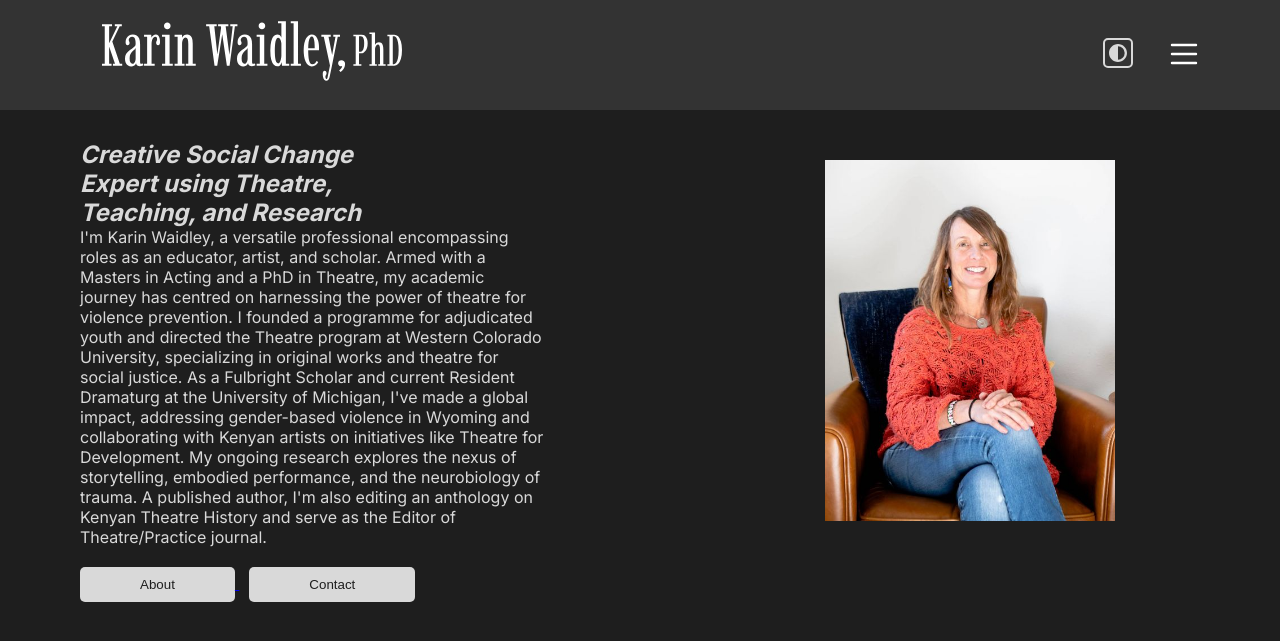
Repository: Ceasor7/Karin
Page: index.html
An editor plug-in stored every save of this project. The page is shown before and after the next save, followed by the edit.
The browser window is 1280 px wide. The pictures show the whole page.

Above is the page before, as saved 2023-12-15 20:58:27.

### index.html
<!DOCTYPE html>
<html lang="en">

<head>
    <meta charset="UTF-8">
    <meta name="viewport" content="width=device-width, initial-scale=1.0">
    <link rel="preconnect" href="https://fonts.googleapis.com">
    <link rel="preconnect" href="https://fonts.gstatic.com" crossorigin>
    <link href="https://fonts.googleapis.com/css2?family=Inter:wght@100;300;400;500;600;700;900&display=swap"
        rel="stylesheet">
    <title>Karin Waidley, PhD | Home</title>
    <style>
        ::-webkit-scrollbar {
            width: .8em;
            border-radius: .3rem;
            background-color: hsl(0, 0%, 65%);
        }

        ::-webkit-scrollbar-thumb {
            border-radius: .3rem;
            background-color: hsl(0, 0%, 55%);
        }

        ::-webkit-scrollbar-thumb:hover {
            background-color: hsl(0, 0%, 45%);
        }

        /* Global styles */
        body {
            font-family: 'Inter', sans-serif;
            background-color: var(--primary-color);
        }

        :root {
            --primary-color: #1E1E1E;
            --secondary-color: #D9D9D9;
        }

        .darkmode {
            --primary-color: #D9D9D9;
            --secondary-color: #1E1E1E;
        }

        /* Resetting some default styles for better consistency */
        body,
        h1,
        h2,
        h3,
        p,
        ul,
        li {
            margin: 0;
            padding: 0;
            list-style: none;
        }

        /* Navbar styles */
        header {
            background-color: #333;
            color: white;
        }

        .navbar {
            display: flex;
            justify-content: space-between;
            align-items: center;
            padding: 15px;
            margin-left: 60px;
            margin-right: 60px;
        }

        .navbar-logo {
            font-size: 2em;
            font-weight: bold;
        }

        .navbar-logo img {
            height: 72px;
            width: 300px;
            margin-left: 27px;
        }

        .navbar-icons {
            display: flex;
            gap: 10px;
        }

        .dark-mode-toggle {
            color: #D9D9D9;
            border: 2px solid currentColor;
            padding: 4px;
            background: transparent;
            cursor: pointer;
            border-radius: 5px;
            width: 30px;
            height: 30px;
        }

        .dark-mode-toggle,
        .svg-icon {
            margin-right: 20px;
        }

        /* Main content styles */
        section {
            margin-top: 20px;
        }

        /* Contact form styles */
        form {
            max-width: 600px;
            margin: 0 auto;
        }

        label {
            display: block;
            margin-bottom: 8px;
        }

        input,
        textarea,
        select {
            width: 100%;
            padding: 8px;
            margin-bottom: 16px;
            box-sizing: border-box;
        }

        /* New section styles */
        .image-section {
            text-align: center;
            margin-top: 20px;
            margin-right: 20px;
        }

        .image-section img {
            max-width: 50%;
            height: auto;
        }

        /* Add this CSS to make the two divs beside each other */
        .flex-container {
            display: flex;
            justify-content: space-between;
            margin-top: 30px;
        }

        .flex-container>div {
            flex: 1;
            margin-right: 20px;
        }

        /* Home */
        .home-details {
            text-align: left;
            margin-left: 80px;
            color: var(--secondary-color);
        }

        .home-details h2 {
            font-weight: 2em;
            font-style: italic;
        }

        .home-details p {
            width: 80%;
        }

        .home-buttons {
            margin-top: 20px;
            margin-left: 80px;
            justify-content: space-between;

        }

        .home-buttons a {
            margin-right: 10px;
        }

        .homeRedirect-buttons {
            padding: 10px;
            background-color: var(--secondary-color);
            color: var(--primary-color);
            padding-left: 60px;
            padding-right: 60px;
            border-radius: 5px;
            border: none;
            cursor: pointer;
        }

        /* Home */
        /* sidebar menu */
        .sidebarmenu {
            background: transparent;
            border: none;
        }

        .sidebar {
            height: 100%;
            width: 0;
            position: fixed;
            right: 0;
            background-color: #333;
            overflow-x: hidden;
            transition: 0.5s;
            padding-top: 60px;
        }

        .sidebar a {
            padding: 8px 8px 8px 32px;
            text-decoration: none;
            font-size: 18px;
            color: white;
            display: block;
            transition: 0.3s;
        }

        .sidebar a:hover {
            color: #D9D9D9;
            padding: 16px;
        }

        .sidebar .closebtn {
            position: absolute;
            top: 0;
            right: 25px;
            font-size: 36px;
            margin-left: 50px;
        }

        #main {
            transition: margin-right .5s;
        }
    </style>
</head>

<body>
    <div id="mySidebar" class="sidebar">
        <a href="javascript:void(0)" class="closebtn" onclick="closeNav()">×</a>
        <a href="about.html">About</a>
        <a href="contact.html">Contact</a>
    </div>
    <header>
        <div class="navbar">
            <div class="navbar-logo">
                <img src="images/Karin.svg">
            </div>
            <div class="navbar-icons">
                <button id="dark-mode-toggle" class="dark-mode-toggle">
                    <svg width="100%" xmlns="http://www.w3.org/2000/svg" viewBox="0 0 496 496">
                        <path fill="currentColor"
                            d="M8,256C8,393,119,504,256,504S504,393,504,256,393,8,256,8,8,119,8,256ZM256,440V72a184,184,0,0,1,0,368Z"
                            transform="translate(-8 -8)" />
                    </svg>
                </button>
                <button class="sidebarmenu" onclick="openNav()">
                    <svg xmlns="http://www.w3.org/2000/svg" x="0px" y="0px" width="30" height="30" viewBox="0 0 50 50"
                        style="fill:#FFFFFF;">
                        <path
                            d="M 5 8 A 2.0002 2.0002 0 1 0 5 12 L 45 12 A 2.0002 2.0002 0 1 0 45 8 L 5 8 z M 5 23 A 2.0002 2.0002 0 1 0 5 27 L 45 27 A 2.0002 2.0002 0 1 0 45 23 L 5 23 z M 5 38 A 2.0002 2.0002 0 1 0 5 42 L 45 42 A 2.0002 2.0002 0 1 0 45 38 L 5 38 z">
                        </path>
                    </svg>
                </button>
            </div>
        </div>
    </header>
    <div id="main">
        <div class="flex-container">
            <div class="home-details">
                <h2>Creative Social Change<br> Expert using Theatre, <br>Teaching, and Research</h2>
                <p>I'm Karin Waidley, a versatile professional encompassing roles as an educator, artist, and scholar.
                    Armed
                    with a Masters in Acting and a PhD in Theatre, my academic journey has centred on harnessing the
                    power
                    of theatre for violence prevention. I founded a programme for adjudicated youth and directed the
                    Theatre
                    program at Western Colorado University, specializing in original works and theatre for social
                    justice.
                    As a Fulbright Scholar and current Resident Dramaturg at the University of Michigan, I've made a
                    global
                    impact, addressing gender-based violence in Wyoming and collaborating with Kenyan artists on
                    initiatives
                    like Theatre for Development. My ongoing research explores the nexus of storytelling, embodied
                    performance, and the neurobiology of trauma. A published author, I'm also editing an anthology on
                    Kenyan
                    Theatre History and serve as the Editor of Theatre/Practice journal.</p>
            </div>
            <div class="image-section">
                <img src="images/Karin.jpeg" alt="Karin Waidley">
            </div>
        </div>
        <div class="home-buttons">
            <a href="about.html">
                <button class="homeRedirect-buttons">About</button>
            </a>
            <a href="contact.html">
                <button class="homeRedirect-buttons">Contact</button>
            </a>
        </div>
    </div>
    <script>
        function openNav() {
            document.getElementById("mySidebar").style.width = "250px";
            document.getElementById("main").style.marginRight = "250px";
        }

        function closeNav() {
            document.getElementById("mySidebar").style.width = "0";
            document.getElementById("main").style.marginRight = "0";
        }
    </script>
    <script src="darkMode.js"></script>
</body>

</html>

### darkMode.js

let darkMode = localStorage.getItem('darkMode');

const darkModeToggle = document.querySelector('#dark-mode-toggle');

const enableDarkMode = () => {
  document.body.classList.add('darkmode');
  localStorage.setItem('darkMode', 'enabled');
}

const disableDarkMode = () => {

  document.body.classList.remove('darkmode');

  localStorage.setItem('darkMode', null);
}


if (darkMode === 'enabled') {
  enableDarkMode();
}

darkModeToggle.addEventListener('click', () => {

  darkMode = localStorage.getItem('darkMode');

  if (darkMode !== 'enabled') {
    enableDarkMode();
  } else {
    disableDarkMode();
  }
});

After the next save:
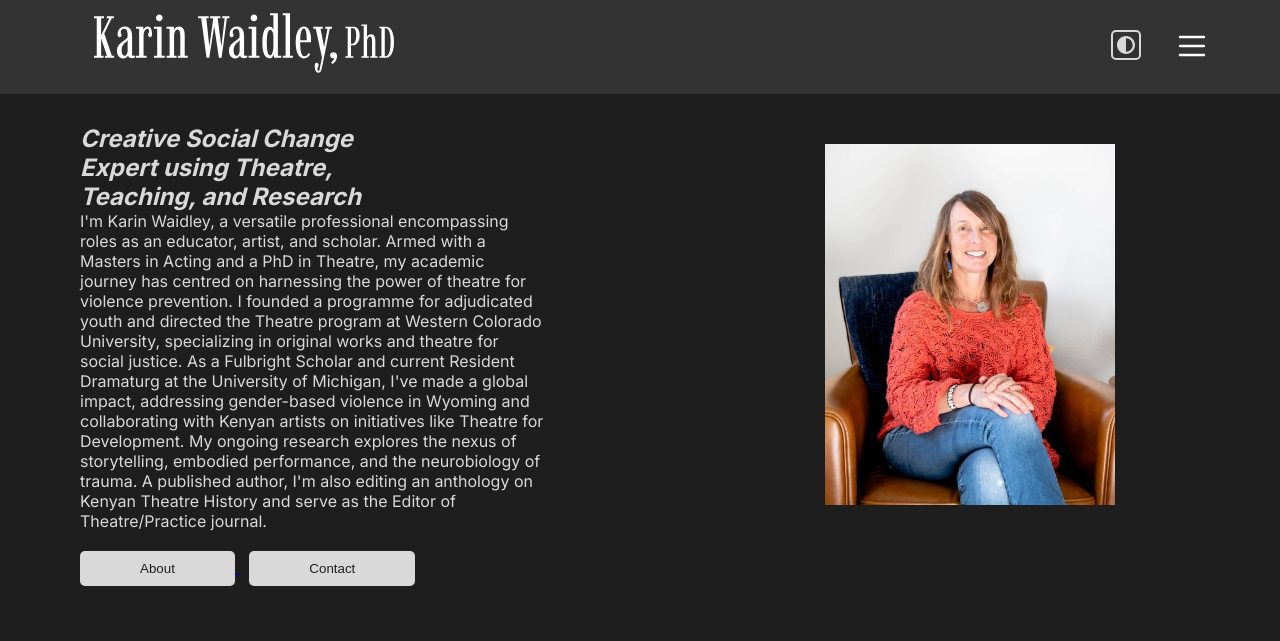
Saved 31 s later.
--- a/index.html
+++ b/index.html
@@ -64,7 +64,7 @@
             display: flex;
             justify-content: space-between;
             align-items: center;
-            padding: 15px;
+            padding: 7px;
             margin-left: 60px;
             margin-right: 60px;
         }
